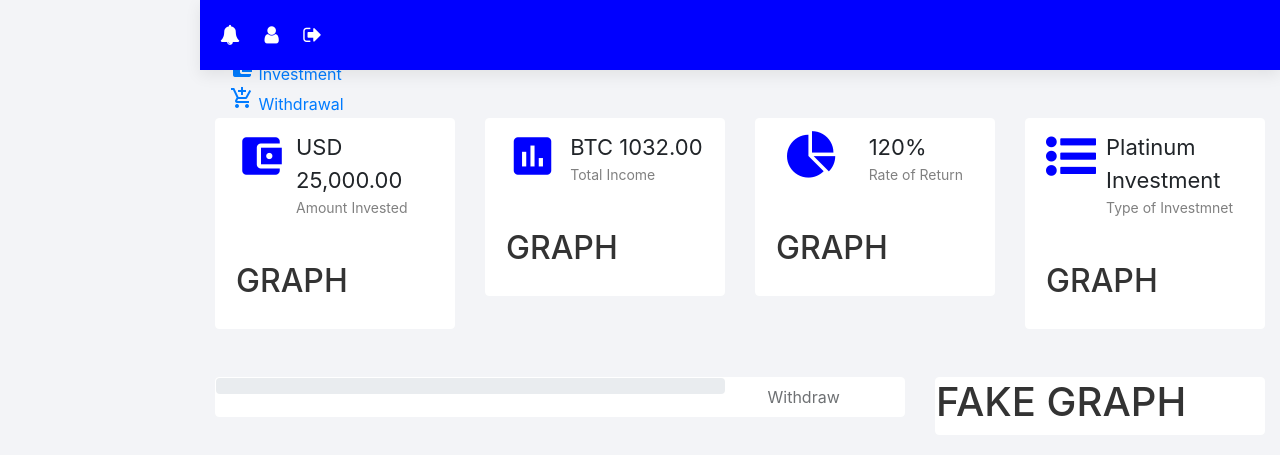
Repository: latenightsnacc/Static-Web-Projects
Page: investment-site/index.html
These files come from the project's save history. The page is drawn as it stood at one moment and after the next save; the edit follows.
The browser window is 1280 px wide. The pictures show the whole page.
Some web libraries are served in a nearby version. The style sheet was rebuilt from its Sass, Less or Tailwind sources for each picture, by a compiler version that may differ from the author's.

Above is the page before, as saved 2020-07-29 17:26:32.

### investment-site/index.html
<!DOCTYPE html>
<html lang="en">
<head>
    <meta charset="UTF-8">
    <meta name="viewport" content="width=device-width, initial-scale=1.0">
    <link rel="stylesheet" href="https://cdn.jsdelivr.net/npm/uikit@3.5.4/dist/css/uikit.min.css" />
    <!--Bootstrap-->
    <link rel="stylesheet" href="https://stackpath.bootstrapcdn.com/bootstrap/4.5.0/css/bootstrap.min.css" integrity="sha384-9aIt2nRpC12Uk9gS9baDl411NQApFmC26EwAOH8WgZl5MYYxFfc+NcPb1dKGj7Sk" crossorigin="anonymous">
    <!--Font awesome -->
    <link rel="stylesheet" href="https://stackpath.bootstrapcdn.com/font-awesome/4.7.0/css/font-awesome.min.css">
    <!--Google Icons-->
    <link href="https://fonts.googleapis.com/icon?family=Material+Icons" rel="stylesheet">
    <!--Custom Stylesheet-->
    <link rel="stylesheet" href="stylesheet.css">
    <title>Investment Site</title>
</head>
<body>
    <main class="row">
        <!--Sidebar-->
        <div class="sidebar" id="side-nav">
            <div class="sideNav-menu">
                <a href="index.html">
                    <img src="#" alt="Logo" />
                </a>
                <ul class="side-menu">
                    <li>
                        <a href="#" class="menu-item">
                            <span class="material-icons">dashboard</span>
                            <span class="menu-link">Dashboard</span>
                        </a>
                    </li>
                    <li>
                        <a href="#" class="menu-item">
                            <span class="material-icons">account_balance_wallet</span>
                            <span class="menu-link">Investment</span>
                        </a>
                    </li>
                    <li>
                        <a href="#" class="menu-item">
                            <span class="material-icons">add_shopping_cart</span>
                            <span class="menu-link">Withdrawal</span>
                        </a>
                    </li>
                    <li>
                        <a href="#" class="menu-item">
                            <span class="material-icons">payment</span>
                            <span class="menu-link">Transaction</span>
                        </a>
                    </li>
                    <li>
                        <a href="#" class="menu-item">
                            <span class="material-icons">account_box</span>
                            <span class="menu-link">Profile</span>
                        </a>
                    </li>
                    <li>
                        <a href="#" class="menu-item">
                            <span class="material-icons">verified_user</span>
                            <span class="menu-link">Verification</span>
                        </a>
                    </li>
                    <li>
                        <a href="#" class="menu-item">
                            <span class="material-icons">contact_support</span>
                            <span class="menu-link">Contact us</span>
                        </a>
                    </li>
                </ul>
            </div>
        </div>
        <!--Main-->
        <div class="main-content" id="main">
            <!--Header-->
            <div class="header">
                <div class="menu">
                    <button class="icon" id="menu-icon">
                        <i class="fa fa-bars"></i>
                    </button>
                    <div class="other-icons">
                        <button class="icon">
                            <i class="fa fa-bell"></i>
                        </button>
                        <button class="icon">
                            <i class="fa fa-user"></i>
                        </button>
                        <button class="icon">
                            <i class="fa fa-sign-out"></i>
                        </button>
                    </div>
                </div>
            </div>

            <!--Summary Cards-->
            <div class="container">
                <div class="row mt-5">
                    <div class="col-sm-12 col-md-3 col-lg-3">
                        <div class="card">
                            <div class="card-header">
                                <span class="material-icons sc-icon">account_balance_wallet</span>
                                <div class="card-title">USD 25,000.00
                                    <span>Amount Invested</span>
                                </div>
                            </div>
                            <div class="card-body">
                                <h2>GRAPH</h2>
                            </div>
                        </div>
                    </div>
                    <div class="col-sm-12 col-md-3 col-lg-3">
                        <div class="card">
                            <div class="card-header">
                                <span class="material-icons sc-icon">assessment</span>
                                <div class="card-title">BTC 1032.00
                                    <span>Total Income</span>
                                </div>
                            </div>
                            <div class="card-body">
                                <h2>GRAPH</h2>
                            </div>
                        </div>
                    </div>
                    <div class="col-sm-12 col-md-3 col-lg-3">
                        <div class="card">
                            <div class="card-header">
                                <span class="fa fa-pie-chart sc-icon"></span>
                                <div class="card-title">120%
                                    <span>Rate of Return</span>
                                </div>
                            </div>
                            <div class="card-body">
                                <h2>GRAPH</h2>
                            </div>
                        </div>
                    </div>
                    <div class="col-sm-12 col-md-3 col-lg-3">
                        <div class="card">
                            <div class="card-header">
                                <span class="fa fa-list-ul sc-icon"></span>
                                <div class="card-title">Platinum Investment
                                    <span>Type of Investmnet</span>
                                </div>
                            </div>
                            <div class="card-body">
                                <h2>GRAPH</h2>
                            </div>
                        </div>
                    </div>
                </div>
            </div>

            <div class="container">
                <div class="row mt-5">
                    <div class="col-sm-12 col-md-8 col-lg-8">
                        <div class="card">
                            <div class="row card-container">
                                <div class="col-sm-9 col-md-9 col-lg-9">
                                    <div class="progress">
                                        <div class="progress-bar" role="progressbar" aria-valuenow="0" aria-valuemin="30" aria-valuemax="100"></div>
                                    </div>
                                </div>
                                <div class="col-sm-3 col-md-3 col-lg-3">
                                    <div class="btnBox">
                                        <button class="btn btn-default disabled">Withdraw</button>
                                    </div>
                                </div>
                            </div>
                        </div>
                    </div>
                    <div class="col-sm-12 col-md-4 col-lg-4">
                        <div class="card">
                            <h1>FAKE GRAPH</h1>
                        </div>
                    </div>
                </div>
            </div>

        </div>
    </main>
    <script src="https://code.jquery.com/jquery-3.5.1.slim.min.js" integrity="sha384-DfXdz2htPH0lsSSs5nCTpuj/zy4C+OGpamoFVy38MVBnE+IbbVYUew+OrCXaRkfj" crossorigin="anonymous"></script>
    <script src="https://cdn.jsdelivr.net/npm/popper.js@1.16.0/dist/umd/popper.min.js" integrity="sha384-Q6E9RHvbIyZFJoft+2mJbHaEWldlvI9IOYy5n3zV9zzTtmI3UksdQRVvoxMfooAo" crossorigin="anonymous"></script>
    <script src="https://stackpath.bootstrapcdn.com/bootstrap/4.5.0/js/bootstrap.min.js" integrity="sha384-OgVRvuATP1z7JjHLkuOU7Xw704+h835Lr+6QL9UvYjZE3Ipu6Tp75j7Bh/kR0JKI" crossorigin="anonymous"></script>
    <script src="https://cdnjs.cloudflare.com/ajax/libs/jquery/3.5.1/jquery.min.js"></script>
    <script src="main.js"></script>
</body>
</html>

### investment-site/main.js
$('#menu-icon').toggle(
    function() {
        $('#side-nav').css('left', '0')
    }, function() {
        $('#side-nav').css('left', '200px')
    }
)

### investment-site/stylesheet.scss
@import 'variables';

*{
    margin: 0;
    padding: 0;
    box-sizing: border-box;
    list-style: none;

    a {
        &:hover {
            text-decoration: none;
        }
    }
}

body,html {
    background-color: $bG;
    position: relative;
}
#side-nav, #main {
    position: absolute;
}
#side-nav {
    top: 0px;
    width: 200px;
    bottom: 0px;
    background:orange;
}
#main {
    top: 0px;
    left: 200px;
    right: 0;
    bottom: 0px;
    background:green;
}
#BB {
    top: 0px;
    left: 0px;
    right: 0;
    bottom: 0px;
    background:green;
}


.header {
    background-color: $blue;
    box-shadow: $bS;
    min-width: 100%;
    margin: 0;

}

.menu {
    display: flex;
    width: 100%;
    justify-content: space-between;
    align-items: center;
    height: 70px;
}

.icon {
    background-color: transparent;
    border: none;
    color: white;
    font-size: 20px;
    margin-left: 20px;
}

.sc-icon {
    font-size: 50px;
    color: $blue;
}

.card {
    border: 1px solid $white;
    .card-header{
        background-color: $white !important;
        border: none;
        display: flex;
        justify-content: space-around;
        align-items: flex-start;
    }
    .card-title {
        display: flex;
        flex-direction: column;
        font-size: 22px;
        padding-left: 10px;
        span {
            font-size: 14px;
            color: grey;
        }
    }


}

### investment-site/_variables.scss
$bS: 0 5px 15px rgba(0,0,0,0.08);
$blue: blue;
$bG: #f3f4f7;
$white: #fff;

After the next save:
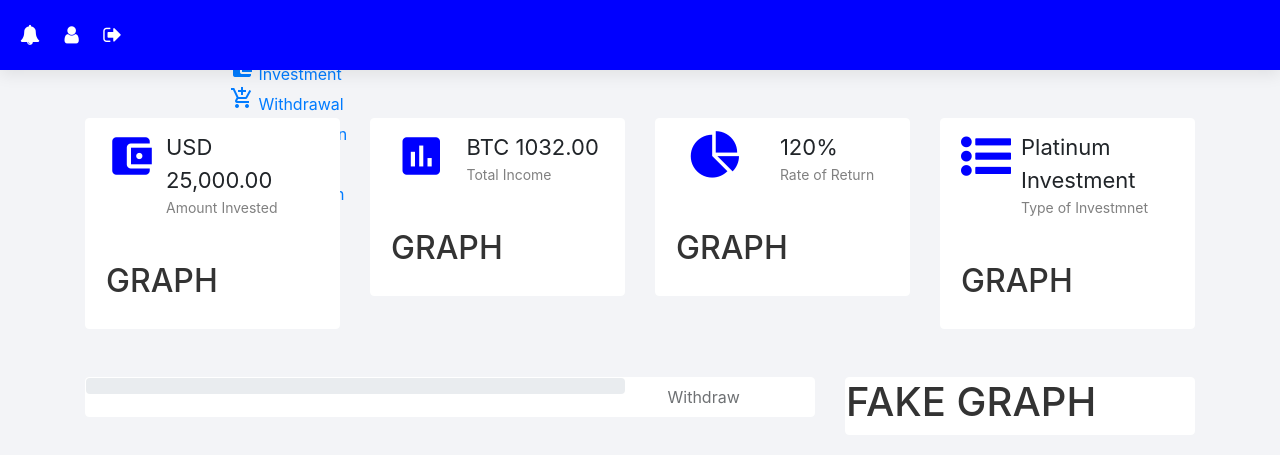
Saved 2 min 27 s later.
--- a/investment-site/stylesheet.scss
+++ b/investment-site/stylesheet.scss
@@ -33,7 +33,7 @@
     bottom: 0px;
     background:green;
 }
-#BB {
+#main {
     top: 0px;
     left: 0px;
     right: 0;

After the save that followed:
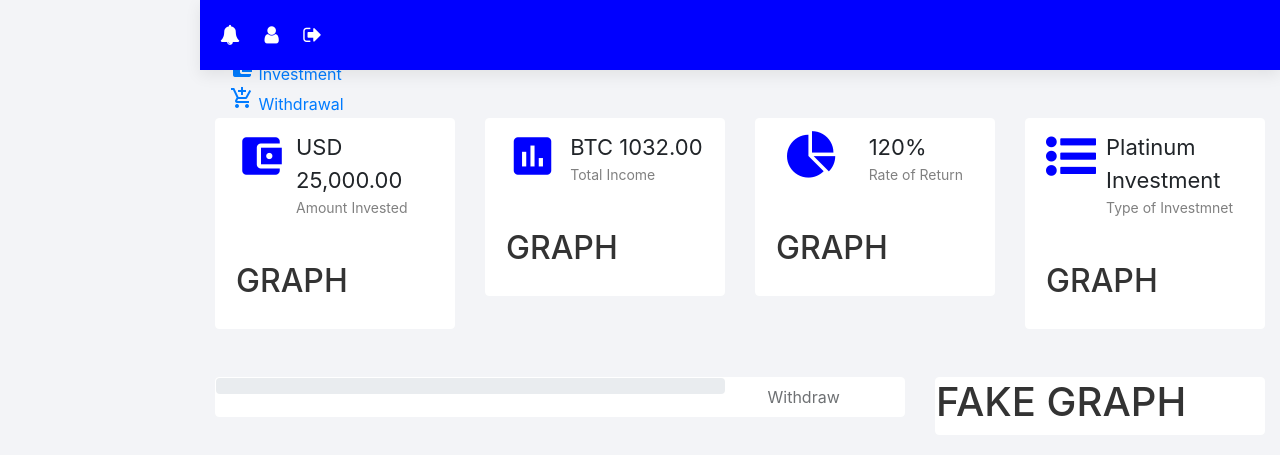
Saved 46 s later.
--- a/investment-site/stylesheet.scss
+++ b/investment-site/stylesheet.scss
@@ -33,14 +33,6 @@
     bottom: 0px;
     background:green;
 }
-#main {
-    top: 0px;
-    left: 0px;
-    right: 0;
-    bottom: 0px;
-    background:green;
-}
-
 
 .header {
     background-color: $blue;
